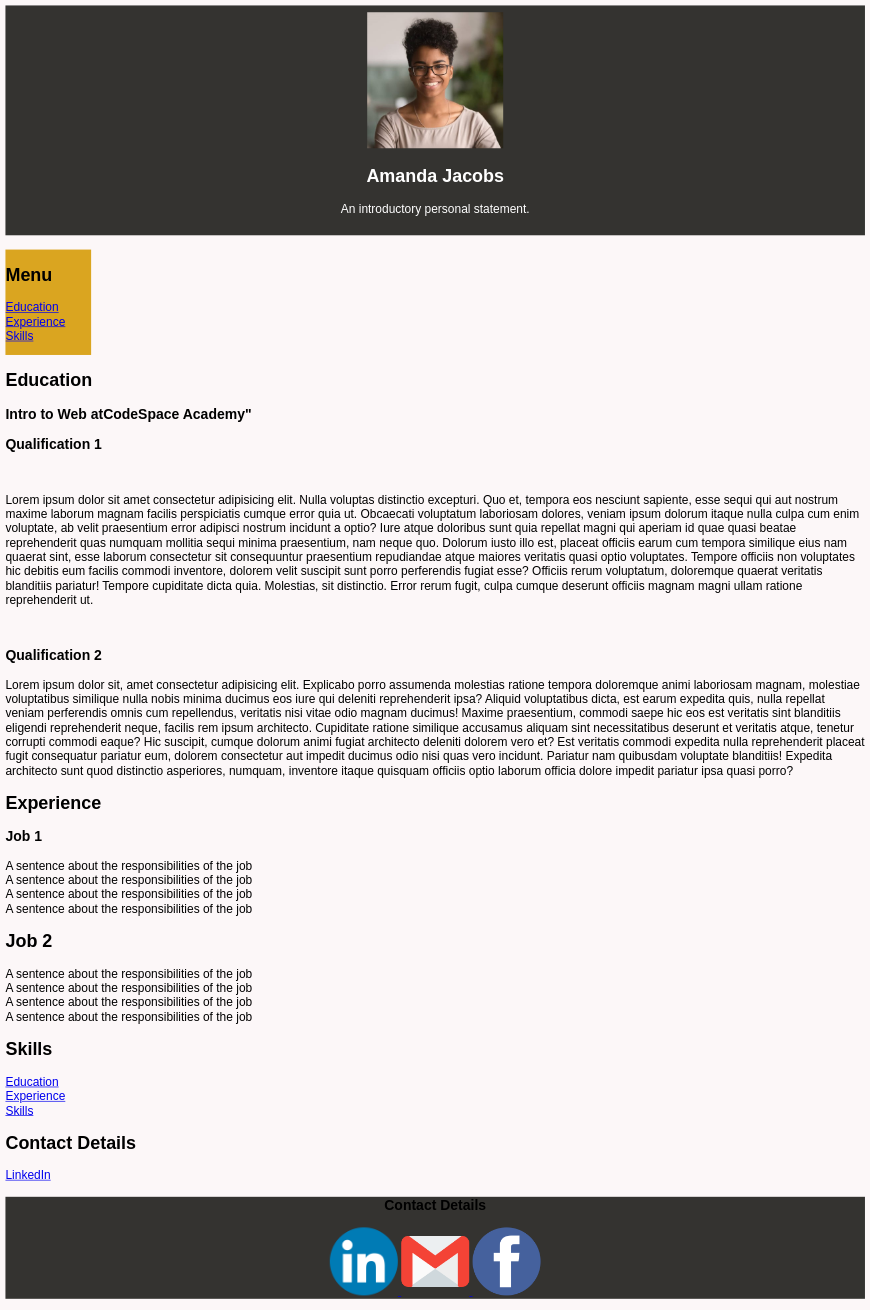
Repository: LeonardMhere/Resume-3
Page: resume `3/index.html
The author's editor kept a copy of each file at every save. The page is drawn from the files as they stood at one save, then again after the next save.
The browser window is 1280 px wide. The pictures show the whole page, at 68% of full size.

Above is the page before, as saved 2023-03-23 09:49:21.

### resume `3/index.html
<!DOCTYPE html>
<html lang="en">
    <meta charset="UTF-8">
    <meta http-equiv="X-UA-Compatible" content="IE=edge">
    <meta name="viewport" content="width=device-width, initial-scale=1.0">
    <link rel="stylesheet" href="css/stylesheet.css">

<head>
    <title>Amanda Jacobs</title>
</head>

<body>


  <header id="heading">
 <aside>
   <img id="profilePhoto" src="./images/profilePhoto.jpeg" width="200px"
   alt="Error Thumbnail">

  <h1>Amanda Jacobs</h1>
  <p>An introductory personal statement.</p>

    </header>

    <br/>
<main>
  <section>
   <article>
     <div class="nav-menu">
      <nav>
        <h2>Menu</h2>

  <ul>
      <li><a href="education">Education</a></li>
      <li><a href="experience">Experience</a></li>
      <li><a href="skills">Skills</a></li>
      </div>
  </ul>
</nav>
</aside>



<div class="box-1">
  <h2 id="education">Education</h2>
  <h3>Intro to Web at<a href="http://codespace.co.za/"></a>CodeSpace Academy"</a></h3>



  <h3>Qualification 1</h3>
  <br/>
     <p>Lorem ipsum dolor sit amet consectetur adipisicing elit. Nulla voluptas distinctio excepturi.
       Quo et, tempora eos nesciunt sapiente, esse sequi qui aut nostrum maxime laborum magnam facilis perspiciatis cumque error quia ut. Obcaecati voluptatum laboriosam dolores, veniam ipsum dolorum itaque nulla culpa cum enim voluptate,
       ab velit praesentium error adipisci nostrum incidunt a optio? Iure atque doloribus sunt quia repellat magni qui aperiam id quae quasi beatae reprehenderit quas numquam mollitia sequi minima praesentium, nam neque quo. Dolorum iusto illo est, placeat officiis earum cum tempora similique eius nam quaerat sint, esse laborum consectetur sit consequuntur praesentium repudiandae atque maiores veritatis quasi optio voluptates. Tempore officiis non voluptates hic debitis eum facilis commodi inventore, dolorem velit suscipit sunt porro perferendis fugiat esse? Officiis rerum voluptatum, doloremque quaerat veritatis blanditiis pariatur! Tempore cupiditate dicta quia. Molestias, sit distinctio. Error rerum fugit, culpa cumque deserunt officiis magnam magni ullam ratione reprehenderit ut.
      </p>
    </div>
      <br/>

  <div class="box-2">
   <h3>Qualification 2</h3>

      <p>
        Lorem ipsum dolor sit, amet consectetur adipisicing elit. Explicabo porro assumenda molestias ratione tempora doloremque animi laboriosam magnam, molestiae voluptatibus similique nulla nobis minima ducimus eos iure qui deleniti reprehenderit ipsa? Aliquid voluptatibus dicta, est earum expedita quis, nulla repellat veniam perferendis omnis cum repellendus, veritatis nisi vitae odio magnam ducimus! Maxime praesentium, commodi saepe hic eos est veritatis sint blanditiis eligendi reprehenderit neque, facilis rem ipsum architecto. Cupiditate ratione similique accusamus aliquam sint necessitatibus deserunt et veritatis atque, tenetur corrupti commodi eaque? Hic suscipit, cumque dolorum animi fugiat architecto deleniti dolorem vero et? Est veritatis commodi expedita nulla reprehenderit placeat fugit consequatur pariatur eum, dolorem consectetur aut impedit ducimus odio nisi quas vero incidunt. Pariatur nam quibusdam voluptate blanditiis! Expedita architecto sunt quod distinctio asperiores, numquam, inventore itaque quisquam officiis optio laborum officia dolore impedit pariatur ipsa quasi porro?
      </p>
    </div>


    <h2 id="experience">Experience</h2>

    <h3>Job 1</h3>
    <p>
        <ul>
            <li>A sentence about the responsibilities of the job</li>
            <li>A sentence about the responsibilities of the job</li>
            <li>A sentence about the responsibilities of the job</li>
            <li>A sentence about the responsibilities of the job</li>
        </ul>
    </p>



    <h2>Job 2</h2>

     <p>
        <ul>
            <li>A sentence about the responsibilities of the job</li>
            <li>A sentence about the responsibilities of the job</li>
            <li>A sentence about the responsibilities of the job</li>
            <li>A sentence about the responsibilities of the job</li>
        </ul>
     </p>



      <h2 id="skills">Skills</h2>

<ul>
  <li><a href="#education">Education</a></li>
  <li><a href="#experience">Experience</a></li>
  <li><a href="#Skills">Skills</a></li>
</ul>
</p>

<h2>Contact Details</h2>
<p><a href="http://linkedin.com">LinkedIn</a>

    </section>
  </article>
</main>








<footer>
    <h3>Contact Details</h3>
    <ul>
       <a href="http://linkedin.com" target="_blank">
           <img class="icons" src="images/linkedinIcon.png"
           alt="Amanda Jacobs Linkedin"
           width="100px">

       </a>

       <a href="//http://gmail.com" target="_blank">
        <img class="icons" src="images/gmailIcon.png"
        alt="Amanda Jacobs Gmail"
        width="100px">
       </a>

       <a href="//http://facebook.com" target="_blank">
        <img class="icons" src="images/facebookIcon.png"
        alt="Amanda Jacobs facebook Account"
        width="100px">
       </a>
</ul>
</footer>











</body>
</html>

### resume `3/css/stylesheet.css
*{
  box-sizing: border-box;
  padding: 0;

}

body{
  font-family: sans-serif;
  font-size:110%;
  background-color: #FCF7F8;
}

header {
  text-align: center;
  background-color: #343330;
  color: white;
  padding: 10px 0 10px ;
}



.nav-menu{
    background-color:goldenrod;
    background-size: contain;
    width: 10%;
    overflow: auto;
    background-color:
}

ul {
  list-style: none;
  margin-left: 0%;
}





footer {
  background-color: #343330;
  text-align: center;
}

After the next save:
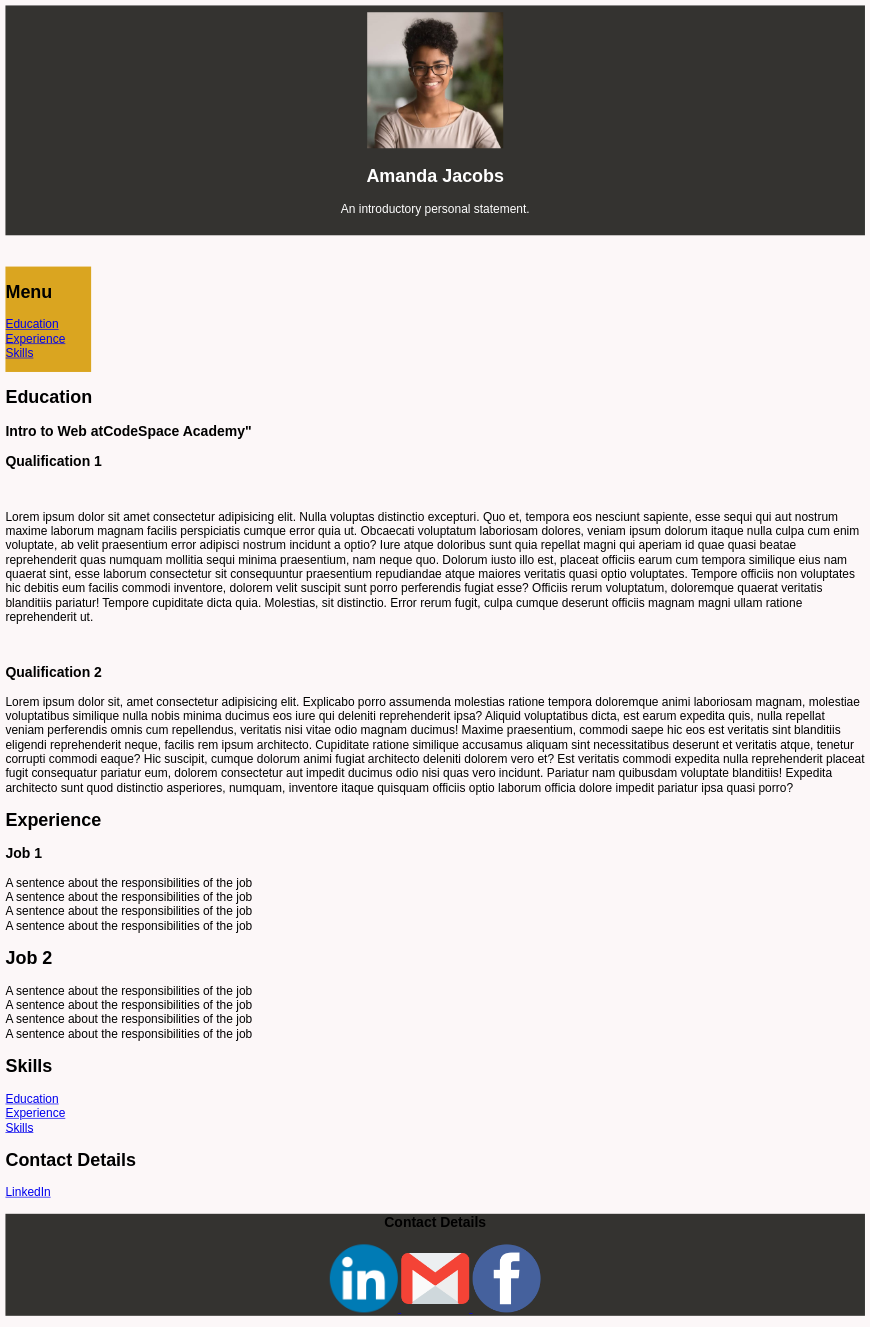
Saved 12 min 7 s later.
--- a/resume `3/css/stylesheet.css
+++ b/resume `3/css/stylesheet.css
@@ -21,7 +21,7 @@ header {
 
 .nav-menu{
     background-color:goldenrod;
-    background-size: contain;
+    margin-top: 25px;
     width: 10%;
     overflow: auto;
     background-color:
